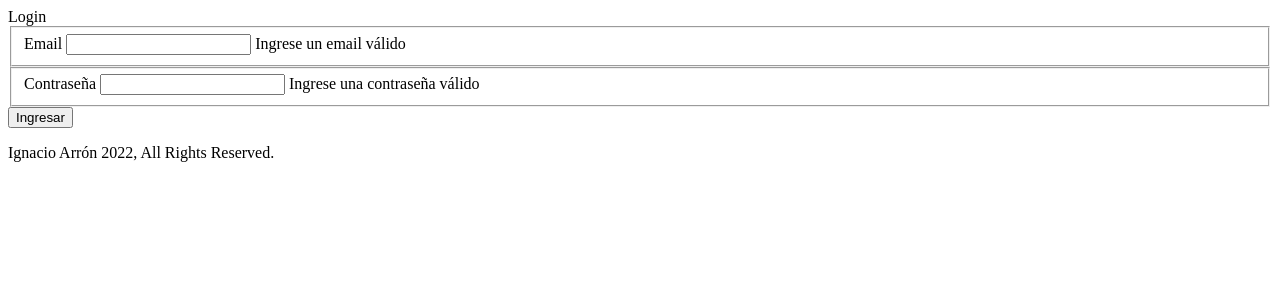
Repository: Divineridh/lppa-parcial2
Page: login.html
An editor plug-in stored every save of this project. The page is shown before and after the next save, followed by the edit.
The browser window is 1280 px wide. The pictures show the whole page.

Above is the page before, as saved 2022-07-04 19:29:32.

After the next save:
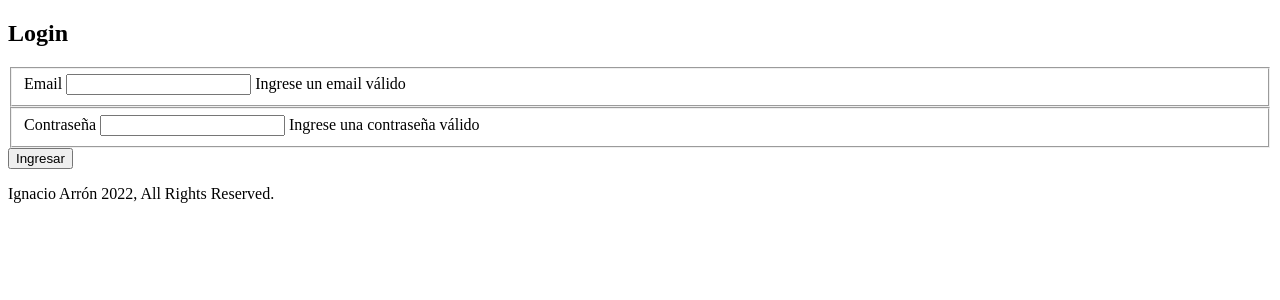
Saved 3 min 38 s later.
--- a/login.html
+++ b/login.html
@@ -12,7 +12,7 @@
 <body>
     <header></header>
     <form class="login-form">
-        <span>Login</span>
+        <h2>Login</h2>
         <fieldset class="form-group">
             <label class="form-label-text" for="txtEmail">Email</label>
             <input class="form-text" type="email" id="txtEmail" placeholder=" ">
